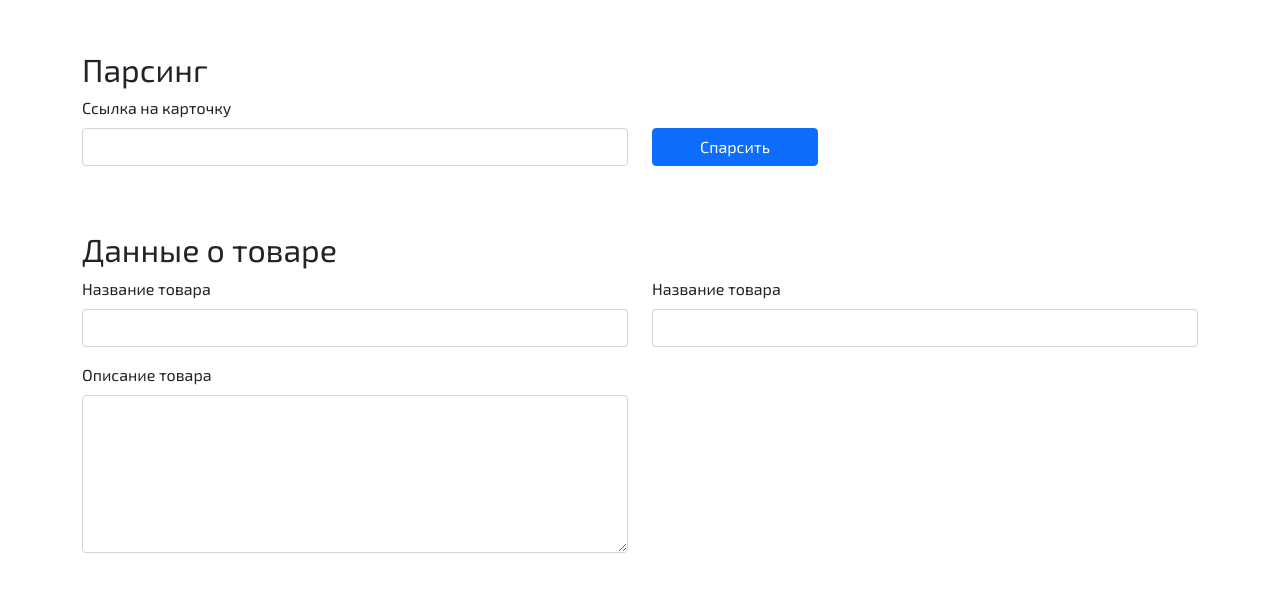
Repository: yozuul/wildberries-product-card-parser-api-exchange
Page: public/index.html
These files come from the project's save history. The page is drawn as it stood at one moment and after the next save; the edit follows.
The browser window is 1280 px wide. The pictures show the whole page.

Above is the page before, as saved 2021-08-18 20:06:14.

### public/index.html
<!DOCTYPE html>
<html lang="en">

<head>
   <meta charset="UTF-8">
   <meta http-equiv="X-UA-Compatible" content="IE=edge">
   <meta name="viewport" content="width=device-width, initial-scale=1.0">
   <title>Document</title>
   <link href="https://cdn.jsdelivr.net/npm/bootstrap@5.1.0/dist/css/bootstrap.min.css" rel="stylesheet" integrity="sha384-KyZXEAg3QhqLMpG8r+8fhAXLRk2vvoC2f3B09zVXn8CA5QIVfZOJ3BCsw2P0p/We" crossorigin="anonymous">
   <link rel="stylesheet" href="style.css">

</head>

<body>
   <div class="container">
      <form class="row parser_form_wrapper align-items-end">
            <div class="mb-3 col-6">
               <h2>Парсинг</h2>
               <label for="cardProductURL" class="form-label">Ссылка на карточку</label>
               <input type="text" class="form-control" id="cardProductURL">
            </div>
            <div class="col-2 mb-3">
               <button type="submit" class="btn btn-primary col-12">Спарсить</button>
            </div>
          </form>
      </div>


    <form class="container mt-5">
       <div class="row">
          <h2 class="col-12">Данные о товаре</h2>
          <div class="col">
            <div class="mb-3">
               <label for="productName" class="form-label">Название товара</label>
               <input type="text" class="form-control" id="productName">
            </div>
            <div class="mb-3">
               <label for="productName" class="form-label">Описание товара</label>
               <textarea type="text" class="form-control" id="productName"  rows="6"></textarea>
            </div>
          </div>
          <div class="col">
            <label for="productName" class="form-label">Название товара</label>
            <input type="text" class="form-control" id="productName">
          </div>
       </div>
    </form>

   <!-- <form class="productFormWrapper">
      <div class="productFormWrapperLeft productForm">
            <h3>Данные о товаре</h3>
            <div class="inputWrapper">
               <p>Название товара</p>
               <input type="text" name="productName" id="productName">
            </div>
            <div class="inputWrapper">
               <p>Описание товара</p>
               <textarea name="productDesc" id="productDesc"></textarea>
            </div>
            <div class="inputWrapper">
               <p>Бренд</p>
               <input type="text" name="productBrand" id="productBrand">
            </div>
            <div class="inputWrapper">
               <p>Цена</p>
               <input type="text" name="productPrice" id="productPrice">
            </div>
            <div class="inputWrapper">
               <p>Изображения</p>
            </div>
      </div>
      <div class="productFormWrapperRight productForm">
         <h3>Описание и характеристики</h3>
      </div>
   </form> -->
   <script src="index.js"></script>
</body>

</html>

### public/style.css
@import url('https://fonts.googleapis.com/css2?family=Exo+2&display=swap');

* {
   font-family: 'Exo 2', sans-serif;
}

body {
   padding: 0;
   margin: 0;
}

.parser_form_wrapper {
   margin-top: 50px;
}
/* .productFormWrapper, .parseFormWrapper {
   max-width: 1200px;
   margin: auto;
   padding-top: 25px;
   padding-bottom: 25px;
}
.parseFormWrapper {
   border-bottom: 1px dotted #9999;
}
.productFormWrapper {
   display: flex;
}
.productFormWrapperLeft {
   margin-right: 50px;
}
.parseForm {
   display: flex;
   flex-wrap: wrap;
   max-width: 550px;
}
.parseForm input {
   width: 550px;
   margin-bottom: 20px;
}
.productForm {
}
.productForm input, .productForm textarea {
   width: 550px;
}
.productForm textarea {
   height: 100px;
   resize: none;
}
.parseFormWrapper p, .productFormWrapper p {
   margin-bottom: 8px;
   margin-top: 0;
}
.inputWrapper {
   margin-bottom: 15px;
} */

Loaded but not shown: index.js (no copy from this time; the picture is the same without it)

After the next save:
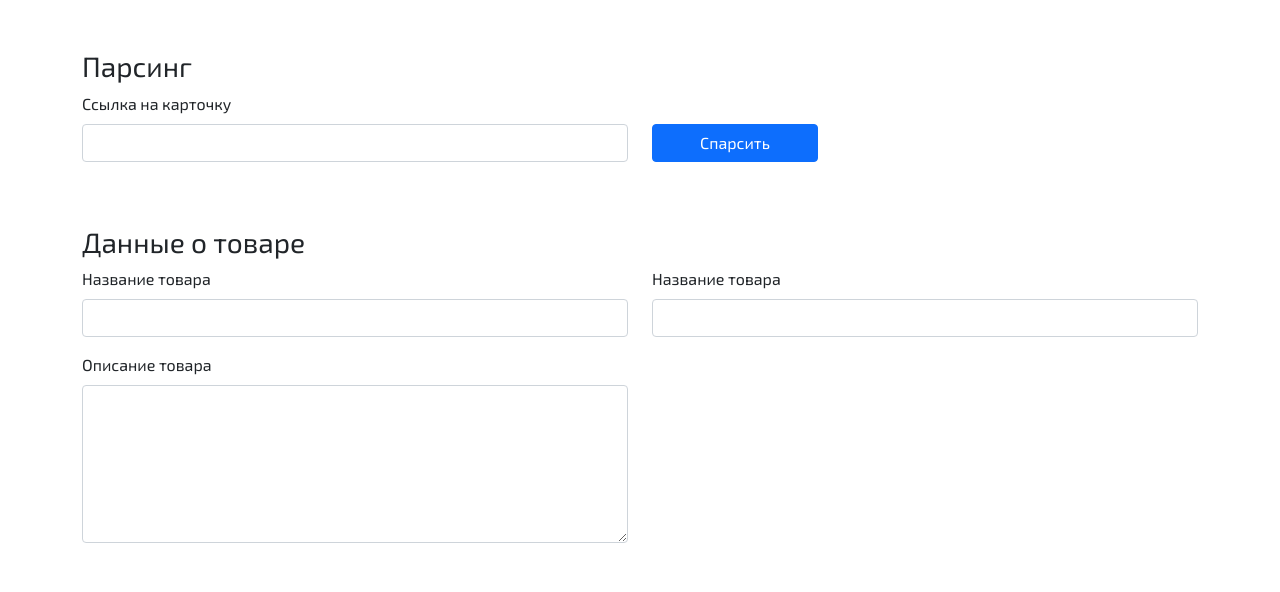
Saved 24 s later.
--- a/public/index.html
+++ b/public/index.html
@@ -15,7 +15,7 @@
    <div class="container">
       <form class="row parser_form_wrapper align-items-end">
             <div class="mb-3 col-6">
-               <h2>Парсинг</h2>
+               <h3>Парсинг</h3>
                <label for="cardProductURL" class="form-label">Ссылка на карточку</label>
                <input type="text" class="form-control" id="cardProductURL">
             </div>
@@ -28,7 +28,7 @@
 
     <form class="container mt-5">
        <div class="row">
-          <h2 class="col-12">Данные о товаре</h2>
+          <h3 class="col-12">Данные о товаре</h3>
           <div class="col">
             <div class="mb-3">
                <label for="productName" class="form-label">Название товара</label>
